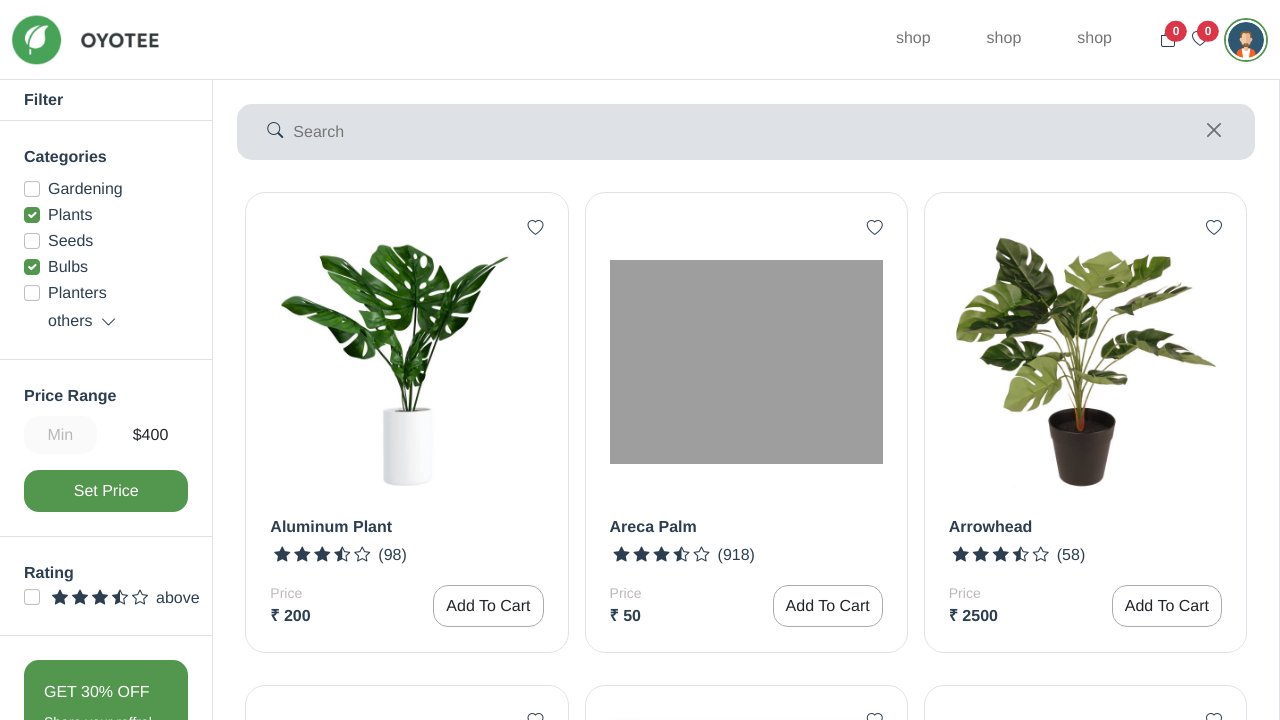
Repository: arpitaWebD/PlantShopping
Page: /
An editor plug-in stored every save of this project. The page is shown before and after the next save, followed by the edit.
The browser window is 1280 px wide. The pictures show the whole page.
Pictures or frames that could not be fetched are drawn as grey boxes. An inner scrolling area shows only its first screen. Some web libraries are served in a nearby version. The project was rebuilt for these pictures with package versions that can differ from the ones it lists, and the page was loaded fresh each time. Also part of the build but not shown: src/views/AddToCart.vue, src/views/WishList.vue, src/components/Login.vue.

Above is the page before, as saved 2022-01-24 16:14:50.

### index.html
<!DOCTYPE html>
<html lang="en">
<head>
  <meta charset="UTF-8">
  <link rel="icon" href="/favicon.ico" />
  <meta name="viewport" content="width=device-width, initial-scale=1.0">
  <!-- bootstrap -->
  <link href="https://cdn.jsdelivr.net/npm/bootstrap@5.1.3/dist/css/bootstrap.min.css" rel="stylesheet"
    integrity="sha384-1BmE4kWBq78iYhFldvKuhfTAU6auU8tT94WrHftjDbrCEXSU1oBoqyl2QvZ6jIW3" crossorigin="anonymous" />
  <!--icons -->
  <link rel="stylesheet" href="https://cdn.jsdelivr.net/npm/bootstrap-icons@1.7.1/font/bootstrap-icons.css" />
  <link rel="stylesheet" href="./src/index.css">
  <title>Vite App</title>
</head>
<body>
  <div id="app"></div>
  <script src="https://cdn.jsdelivr.net/npm/bootstrap@5.0.2/dist/js/bootstrap.bundle.min.js"
    integrity="sha384-MrcW6ZMFYlzcLA8Nl+NtUVF0sA7MsXsP1UyJoMp4YLEuNSfAP+JcXn/tWtIaxVXM" crossorigin="anonymous"></script>
  <script type="module" src="/src/main.js"></script>
</body>
</html>

### src/App.vue
<template>
  <Navbar />
  <router-view />
</template>

<script>
import Navbar from "./components/Navbar.vue";
export default {
  components: {
    Navbar,
  },
};
</script>

### src/components/Navbar.vue
<template>
  <nav class="navbar navbar-expand-md navbar-light border-bottom header">
    <div class="container-fluid">
      <a class="navbar-brand" href="#">
        <router-link :to="{ name: 'Home' }">
          <img src="../assets/logo.png" alt="logo" class="logo" />
        </router-link>
      </a>
      <button
        class="navbar-toggler"
        type="button"
        data-bs-toggle="collapse"
        data-bs-target="#navbarNavAltMarkup"
      >
        <span class="navbar-toggler-icon"></span>
      </button>
      <div
        class="collapse navbar-collapse justify-content-md-end justify-content-center"
        id="navbarNavAltMarkup"
      >
        <div class="navbar-nav">
          <ul
            class="d-flex flex-column flex-md-row list-unstyled mb-0 h-100 align-items-center n-links"
          >
            <li class="nav-link">shop</li>
            <li class="nav-link">shop</li>
            <li class="nav-link">shop</li>
          </ul>
        </div>
        <div class="d-flex justify-content-center align-items-center">
          <div class="dropdown">
            <router-link :to="{ name: 'AddCart' }">
              <div class="me-3 cart-icon">
                <i class="bi bi-bag fa-2x"></i>
                <span
                  class="position-absolute bottom-0 start-100 translate-middle badge rounded-pill bg-danger"
                  >{{ cart.length }}</span
                >
              </div>
            </router-link>
          </div>
          <div class="me-3">
            <router-link :to="{ name: 'WishList' }">
              <div class="cart-icon">
                <i class="bi bi-heart fa-2x"></i>
                <span
                  class="position-absolute bottom-0 start-100 translate-middle badge rounded-pill bg-danger"
                  >{{ wishList.length }}</span
                >
              </div>
            </router-link>
          </div>
          <div class="avatar-icon">
            <img src="../assets/avatar.png" alt="avatar" width="40" />
          </div>
        </div>
      </div>
    </div>
  </nav>
</template>

<script>
import { mapState, mapMutations } from "vuex";
export default {
  computed: {
    ...mapState(["products", "cart", "wishList"]),
  },
};
</script>

### src/views/Home.vue
<template>
  <div class="addCart-card row p-0 m-0 flex-grow-1 main">
    <!-- <Login /> -->
    <LeftSidebar />
    <ProductView />
  </div>
</template>

<script>
import ProductView from "../views/ProductView.vue";
import LeftSidebar from "../views/LeftSidebar.vue";
// import Login from "../components/Login.vue";
export default {
  name: "Home",
  components: {
    ProductView,
    LeftSidebar,
  },
};
</script>

### src/views/ProductView.vue
<template>
  <div class="col-lg-9 col-xl-10 col-md-8 p-0 h-100">
    <div class="row m-0 h-100">
      <div
        class="border-end p-4 h-100 overflow-auto"
        :class="[showPreview ? 'col-md-7 col-lg-8' : 'col-lg-12 col-md-12']"
      >
        <Search :searchItem="searchItem" :filterProduct="filterProduct" />
        <div v-if="filterProduct.length">
          <div class="row g-3 m-0">
            <div
              class="col-sm-12"
              :class="[
                showPreview
                  ? 'col-md-12 col-xl-6 col-xxl-4'
                  : 'col-md-6 col-lg-4',
              ]"
              v-for="(product, index) in filterProduct"
              :key="index"
            >
              <Product :products="product" />
            </div>
          </div>
        </div>
        <div v-else class="d-flex justify-content-center">
          <img src="../assets/no-result.png" />
        </div>
      </div>
      <div class="col-md-5 col-lg-4 p-0" v-show="showPreview">
        <ProductPreview
          v-for="productPreview in productPreviews"
          :key="productPreview.id"
          :productPreviews="productPreview"
        />
      </div>
    </div>
  </div>
</template>

<script>
import Product from "../components/Product.vue";
import ProductPreview from "../components/ProductPreview.vue";
import Search from "../components/Search.vue";
import { mapMutations, mapState, mapGetters } from "vuex";
export default {
  components: {
    Product,
    ProductPreview,
    Search,
  },
  data() {
    return {
      search: "",
    };
  },
  computed: {
    ...mapState(["products", "showPreview", "productPreviews"]),
    ...mapGetters(["getProduct"]),

    filterProduct() {
      return this.products.filter((product) => {
        var productName = product.name.toLowerCase();
        var searchName = this.search.toLowerCase();
        return productName.includes(searchName);
      });
    },
  },
  methods: {
    ...mapMutations(["productPreview"]),
    searchItem(search) {
      this.search = search;
      return search;
    },
  },
};
</script>

### src/views/LeftSidebar.vue
<template>
  <div class="col-md-4 col-lg-3 col-xl-2 p-0 border-end left-sidebar h-100">
    <div class="border-bottom px-4 py-2">
      <span class="left-sidebar-header">filter</span>
    </div>
    <div class="border-bottom p-4">
      <span class="left-sidebar-header">categories</span>
      <div class="mt-2">
        <div>
          <div class="form-check">
            <input
              class="form-check-input"
              type="checkbox"
              value=""
              id="flexCheckDefault"
            />
            <label class="form-check-label" for="flexCheckDefault">
              Gardening
            </label>
          </div>
          <div class="form-check">
            <input
              class="form-check-input"
              type="checkbox"
              value=""
              id="flexCheckChecked"
              checked
            />
            <label class="form-check-label" for="flexCheckChecked">
              Plants
            </label>
          </div>
          <div class="form-check">
            <input
              class="form-check-input"
              type="checkbox"
              value=""
              id="flexCheckDefault1"
            />
            <label class="form-check-label" for="flexCheckDefault1">
              Seeds
            </label>
          </div>
          <div class="form-check">
            <input
              class="form-check-input"
              type="checkbox"
              value=""
              id="flexCheckChecked2"
              checked
            />
            <label class="form-check-label" for="flexCheckChecked2">
              Bulbs
            </label>
          </div>

          <div class="form-check">
            <input
              class="form-check-input"
              type="checkbox"
              value=""
              id="flexCheckDefault3"
            />
            <label class="form-check-label" for="flexCheckDefault3">
              Planters
            </label>
          </div>
        </div>
        <div class="d-flex align-items-center ms-4">
          <span>others</span>
          <span class="d-flex mt-1 ms-2"
            ><i class="bi bi-chevron-down"></i
          ></span>
        </div>
      </div>
    </div>
    <div class="border-bottom p-4">
      <span class="left-sidebar-header">Price range</span>
      <div class="mt-2 d-flex mb-3">
        <div class="w-50 me-3 disable-btn">min</div>
        <div class="w-50 btn secoudary-btn">$400</div>
      </div>
      <div>
        <button class="btn primary-btn" type="button">set price</button>
      </div>
    </div>
    <div class="border-bottom p-4">
      <span class="left-sidebar-header">Rating</span>
      <div class="d-flex align-items-center">
        <div class="form-check">
          <input
            class="form-check-input"
            type="checkbox"
            value=""
            id="flexCheckDefault"
          />
        </div>
        <div class="d-flex">
          <span class="ms-1"><i class="bi bi-star-fill"></i></span>
          <span class="ms-1"><i class="bi bi-star-fill"></i></span>
          <span class="ms-1"><i class="bi bi-star-fill"></i></span>
          <span class="ms-1"><i class="bi bi-star-half"></i></span>
          <span class="ms-1"><i class="bi bi-star"></i></span>
        </div>
        <div class="ms-2">above</div>
      </div>
    </div>
    <div class="p-4">
      <div class="discount-card d-flex flex-column">
        <span class="title">Get 30% off</span>
        <span class="sub-title my-2">
          Share your reffral code and get discount!
        </span>
        <button class="btn primary-btn yellow-btn" type="button">share</button>
      </div>
    </div>
  </div>
</template>

<script>
export default {};
</script>

<style></style>

### src/components/Product.vue
<template>
  <div class="product-card p-4 border my-2">
    <div class="img-section text-center">
      <img
        :src="products.url"
        alt="product img"
        @click="productPreview(products)"
      />
      <div class="like-icon" @click="addToWishlist(products)">
        <i
          class="bi"
          :class="[
            !products.likeProductq ? 'bi-heart' : 'bi-heart-fill fav-icon',
          ]"
        ></i>
      </div>
    </div>
    <div class="mt-2">
      <div class="text-start fw-bold">
        {{ products.name }}
      </div>
      <div class="d-flex mt-1">
        <div class="d-flex">
          <span class="ms-1"><i class="bi bi-star-fill"></i></span>
          <span class="ms-1"><i class="bi bi-star-fill"></i></span>
          <span class="ms-1"><i class="bi bi-star-fill"></i></span>
          <span class="ms-1"><i class="bi bi-star-half"></i></span>
          <span class="ms-1"><i class="bi bi-star"></i></span>
        </div>
        <span class="ms-2">({{ products.reviewCount }})</span>
      </div>
    </div>
    <div class="d-flex align-items-center justify-content-between mt-3">
      <div class="d-flex flex-column">
        <span class="price-name">Price</span>
        <span
          ><b>₹ {{ products.price }}</b></span
        >
      </div>
      <div>
        <button
          class="btn secondary-btn"
          type="button"
          @click="addToCart(products)"
        >
          Add to cart
        </button>
      </div>
    </div>
  </div>
</template>

<script>
import { mapState, mapMutations } from "vuex";
export default {
  computed: {
    ...mapState(["products", "cart", "wishList", "wishlistProductt"]),
  },
  methods: {
    ...mapMutations([
      "addToCart",
      "likeProduct",
      "addToWishlist",
      "productPreview",
    ]),
  },
  props: ["products"],
};
</script>

### src/components/Search.vue
<template>
  <div class="search-menu mb-2">
    <div class="d-flex search-icon" :class="{ 'search-icon-round': modal }">
      <span class="me-2"><i class="bi bi-search"></i></span>
      <input
        type="text"
        placeholder="Search"
        v-model="search"
        class="flex-grow-1 border-0"
        @input="searchItem(search)"
        @focus="modal = true"
      />
      <button
        type="button"
        class="btn-close btn-sm btn"
        aria-label="Close"
        @click="close()"
      ></button>
    </div>
    <div class="search-dropdown" :class="{ opened: modal }">
      <ul v-if="modal" class="list-unstyled mb-0">
        <li
          v-for="filterdState in filterProduct"
          :key="filterdState.id"
          @click="productPreview(products)"
        >
          <div class="row">
            <div class="col-2 d-flex justify-content-center align-items-center">
              <img :src="filterdState.url" height="80" class="rounded-3" />
            </div>
            <div class="d-flex flex-column col-10">
              <span class="fw-bold">{{ filterdState.name }}</span>
              <span> {{ filterdState.shortdesc }}</span>
              <span class="fw-bold">₹ {{ filterdState.price }}</span>
            </div>
          </div>
        </li>
      </ul>
      <ul
        v-if="filterProduct.length == 0 && search.length > 0"
        class="list-unstyled mb-0 no-result"
      >
        <li class="text-center fw-bold">No results...</li>
      </ul>
    </div>
  </div>
</template>

<script>
export default {
  data() {
    return {
      search: "",
      modal: false,
    };
  },
  props: {
    searchItem: Function,
    filterProduct: Function,
  },
  methods: {
    //clear search product
    close() {
      this.search = "";
      this.modal = false;
      return this.search;
    },
    //set search data
    setState(search) {
      this.search = search.name;
      this.modal = false;
    },
  },
};
</script>

### src/components/ProductPreview.vue
<template>
  <div class="right-sidebar p-4">
    <div class="flex-grow-1 h-100 pb-5">
      <div class="rs-img-section">
        <span class="rs-close" @click="clsoePreview"
          ><i class="bi bi-x"></i
        ></span>
        <div class="text-center">
          <img
            class="img-fluid img-section"
            :src="productPreviews.url"
            alt="product"
            height="250"
          />
        </div>

        <div class="rs-slider d-flex mt-4">
          <div class="rs-slider-img mx-2">
            <img src="../assets/slider-1.jpg" alt="slider1" />
          </div>
          <div class="rs-slider-img mx-2">
            <img src="../assets/slider-1.jpg" alt="slider1" />
          </div>
          <div class="rs-slider-img mx-2">
            <img src="../assets/slider-1.jpg" alt="slider1" />
          </div>
          <div class="rs-slider-img mx-2">
            <img src="../assets/slider-4.jpg" alt="slider1" />
          </div>
        </div>
      </div>
      <div class="mt-3">
        <span class="main-title">{{ productPreviews.name }}</span>
        <p class="main-subtitle">
          {{ productPreviews.subname }}
        </p>
      </div>
      <div>
        <div class="d-flex">
          <div class="w-50 tab tab-active">details</div>
          <div class="w-50 tab">
            reviewes({{ productPreviews.reviewCount }})
          </div>
        </div>
        <div v-show="tabDetails">details tab content</div>
        <div v-show="tabReviews">review tab content</div>
      </div>
    </div>
    <div class="rs-footer py-3 d-flex align-items-center">
      <div class="me-3 like-icon cursor-pointer" @click="addToWishlist(productPreviews)">
        <i
          class="bi"
          :class="[
            !productPreviews.likeProductq
              ? 'bi-heart'
              : 'bi-heart-fill fav-icon',
          ]"
        ></i>
      </div>
      <div class="flex-grow-1">
        <button
          class="btn primary-btn"
          type="button"
          @click="addToCart(productPreviews)"
        >
          <span>₹{{ productPreviews.price }}</span>
          <span>-Add to cart</span>
        </button>
      </div>
    </div>
  </div>
</template>

<script>
import { mapMutations } from "vuex";
export default {
  methods: {
    ...mapMutations(["clsoePreview", "addToCart","addToWishlist"]),
  },
  props: ["productPreviews"],
};
</script>

Loaded but not shown: src/main.js (182 lines, source omitted); src/router.js (35 lines, source omitted); src/index.css (450 lines, source omitted)

After the next save:
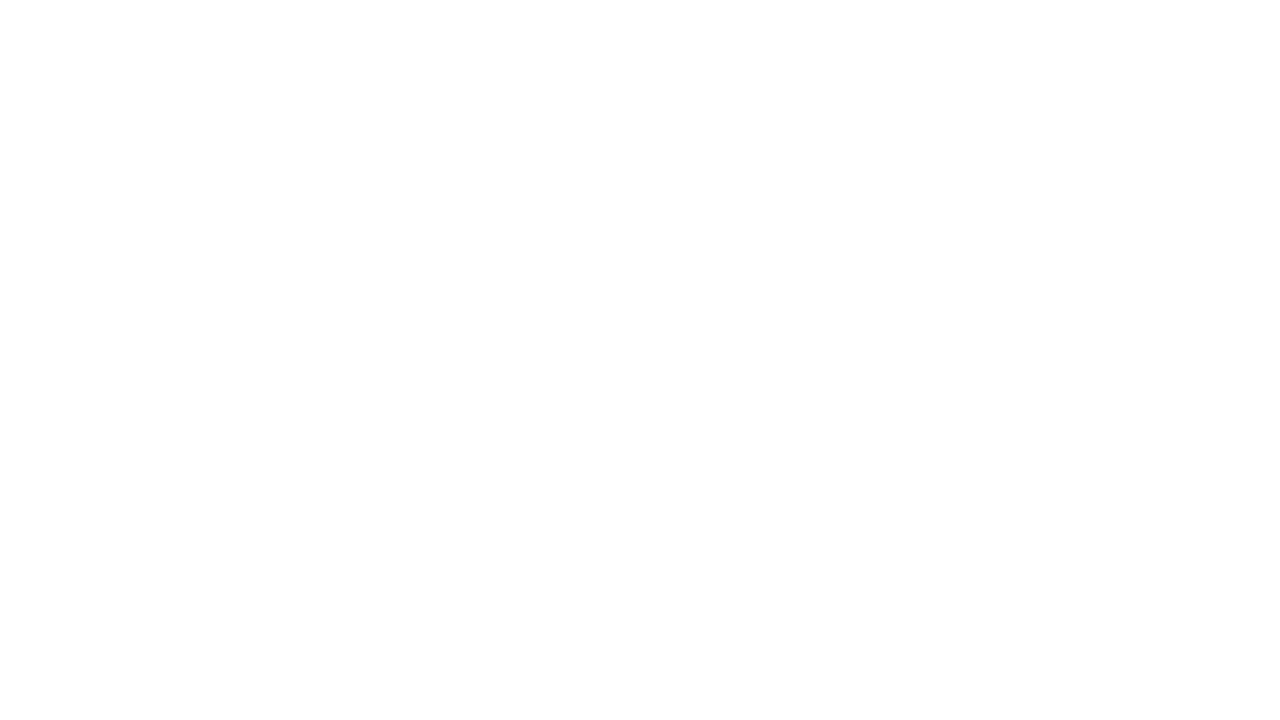
Console error: ReferenceError: mapMutations is not defined
Saved 42 s later.
--- a/src/components/Search.vue
+++ b/src/components/Search.vue
@@ -70,6 +70,7 @@ export default {
       this.search = search.name;
       this.modal = false;
     },
+    ...mapMutations(["productPreview"]),
   },
 };
 </script>

After the 2 saves that followed:
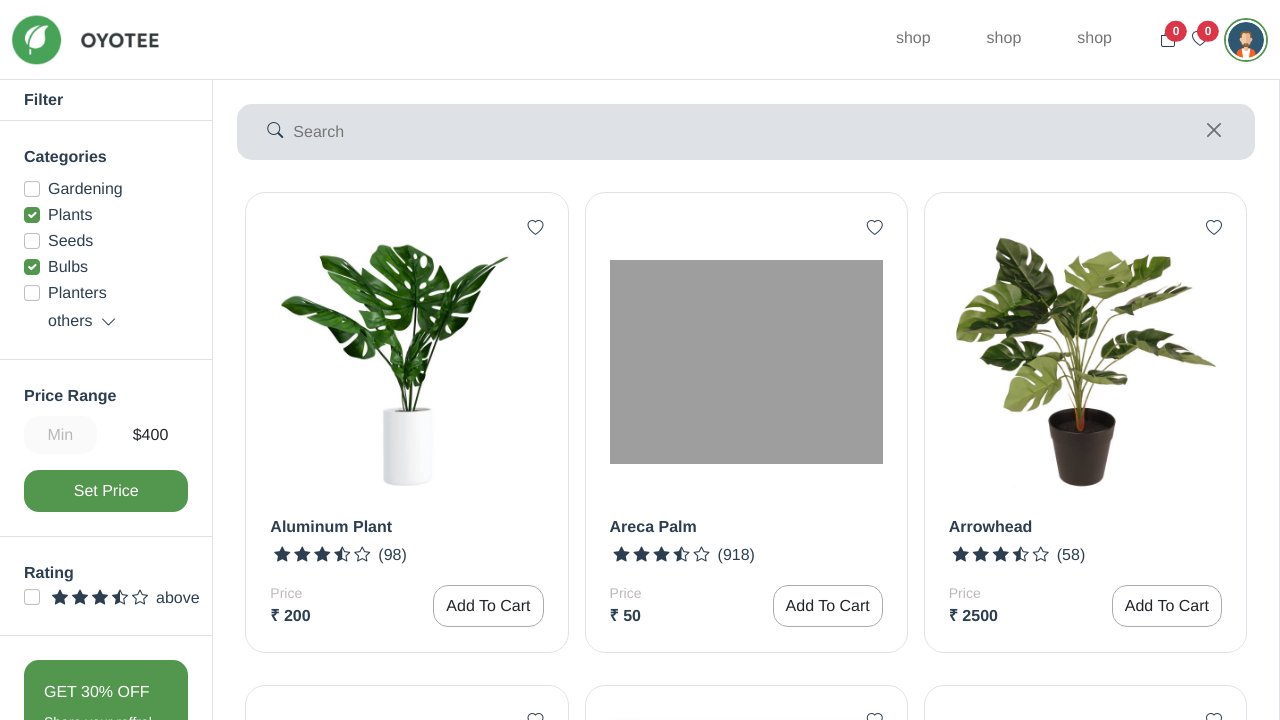
The error is gone.
The 2 saves are shown as one change because they came seconds apart.
The last was saved 14 s later.
--- a/src/components/Search.vue
+++ b/src/components/Search.vue
@@ -47,6 +47,7 @@
 </template>
 
 <script>
+import { mapMutations } from "vuex";
 export default {
   data() {
     return {
